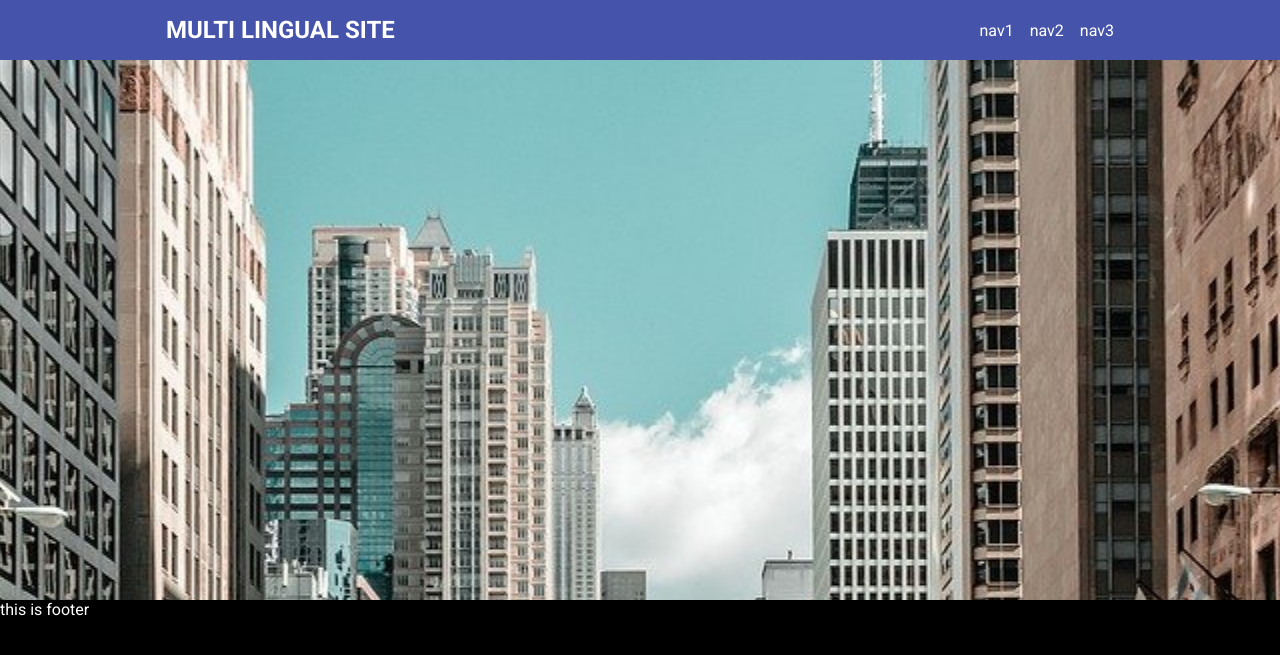
Repository: ksbsh27/multi_lingual
Page: index.html
An editor plug-in stored every save of this project. The page is shown before and after the next save, followed by the edit.
The browser window is 1280 px wide. The pictures show the whole page.
The style sheet was rebuilt from its Sass, Less or Tailwind sources for each picture, by a compiler version that may differ from the author's.

Above is the page before, as saved 2022-03-31 22:53:04.

After the next save:
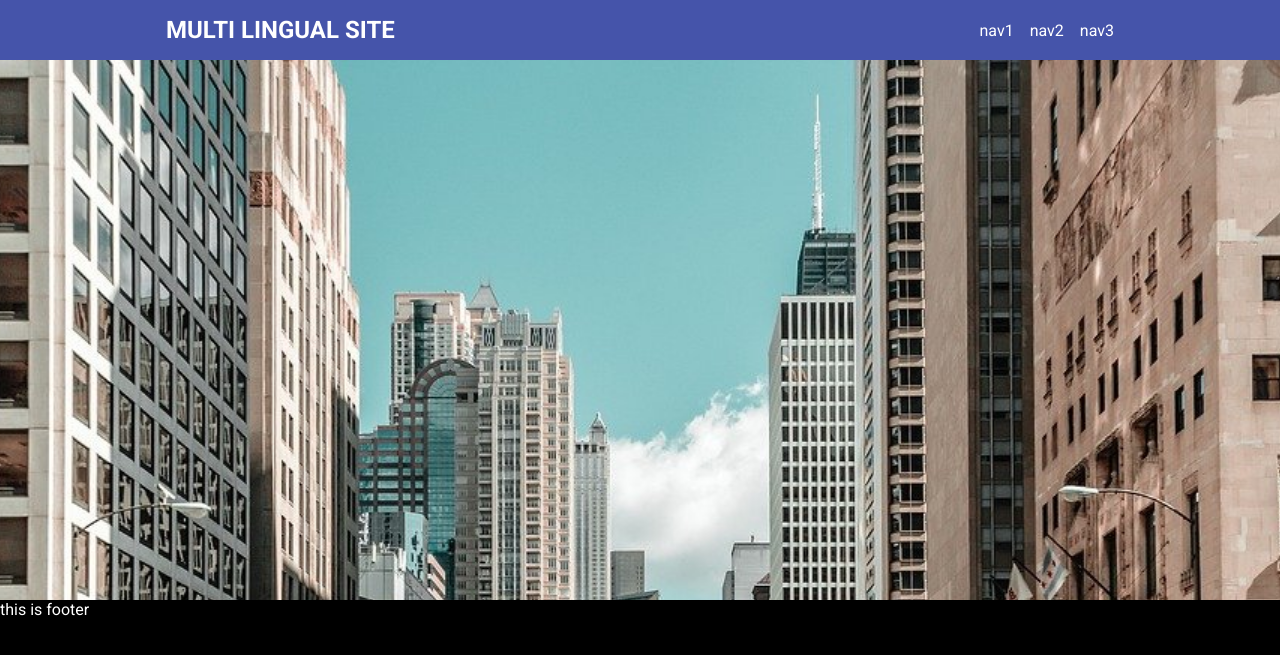
Saved 10 s later.
--- a/sass/style.scss
+++ b/sass/style.scss
@@ -31,7 +31,7 @@
       left: 0;
       opacity: 0;
       transition: .8s;
-      transform: scale(2);
+      transform: scale(1.5);
       &.show{
         opacity: 1;
       }
